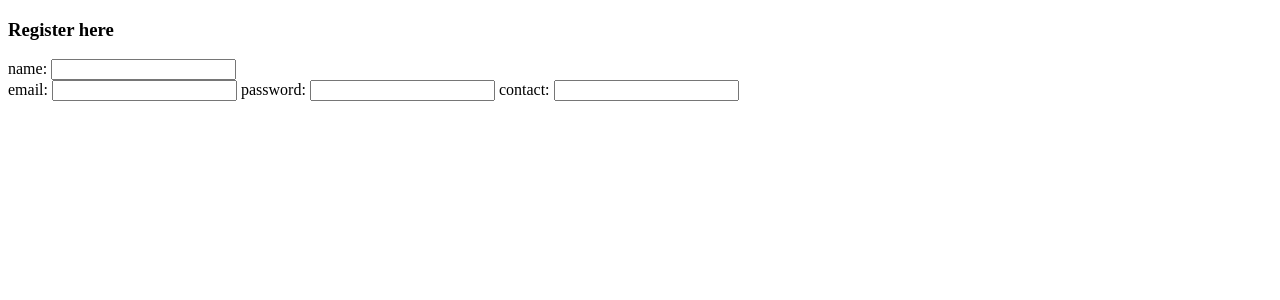
Repository: deepak-bisen/Spring
Page: MVCDesign/register.html
The author's editor kept a copy of each file at every save. The page is drawn from the files as they stood at one save, then again after the next save.
The browser window is 1280 px wide. The pictures show the whole page.

Above is the page before, as saved 2025-06-30 17:31:49.

After the next save:
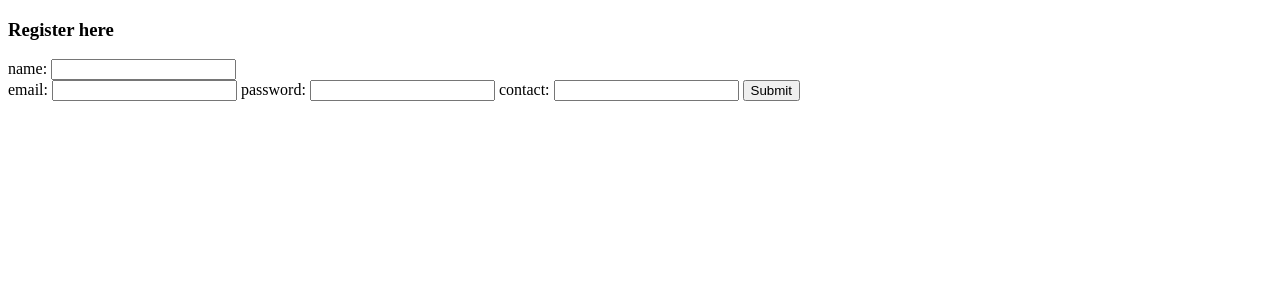
Saved 33 s later.
--- a/MVCDesign/register.html
+++ b/MVCDesign/register.html
@@ -11,5 +11,7 @@ name: <input type="text" name ="name1"/></form>
 email: <input type="text" name ="email1"/></form>
 password: <input type="text" name ="password1"/></form>
 contact: <input type="text" name ="contact1"/></form>
+
+<input type="submit" vakue="register"/>
 </body>
 </html>
